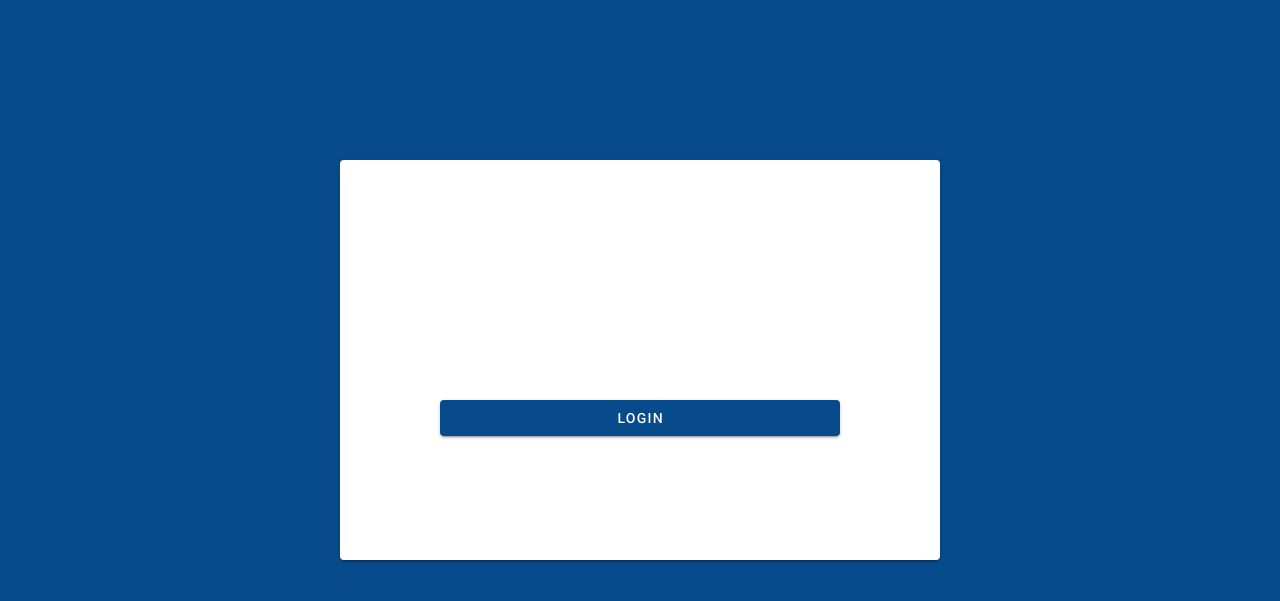
Repository: Grace229/Login
Page: /
An editor plug-in stored every save of this project. The page is shown before and after the next save, followed by the edit.
The browser window is 1280 px wide. The pictures show the whole page.
The project was rebuilt for these pictures with package versions that can differ from the ones it lists, and the page was loaded fresh each time. Also part of the build but not shown: vue.config.js, src/views/Profile.vue.

Above is the page before, as saved 2021-02-15 18:22:32.

After the next save:
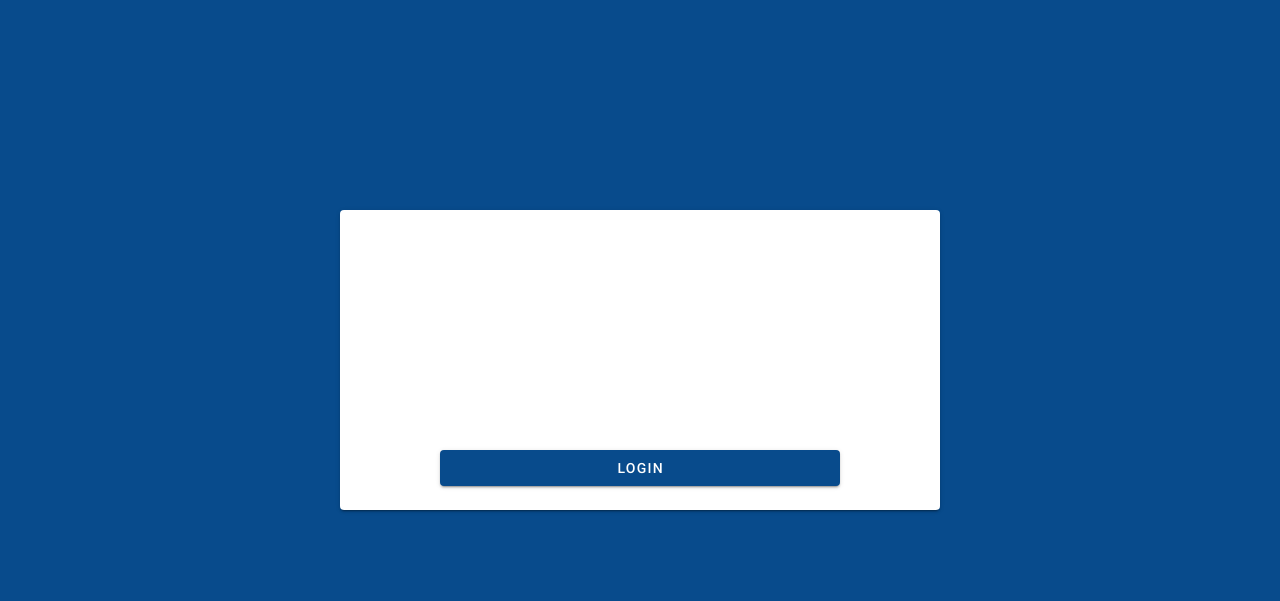
Saved 20 s later.
--- a/src/views/Home.vue
+++ b/src/views/Home.vue
@@ -4,7 +4,7 @@
     class="fill-height primary white--text d-flex flex-column justify-center pa-4"
   >
     <v-container>
-      <v-card class="mx-auto" max-width="600" height="400">
+      <v-card class="mx-auto" max-width="600" height="300">
         <header>
           <div class="headline text-center pt-6 white--text">
             Login
